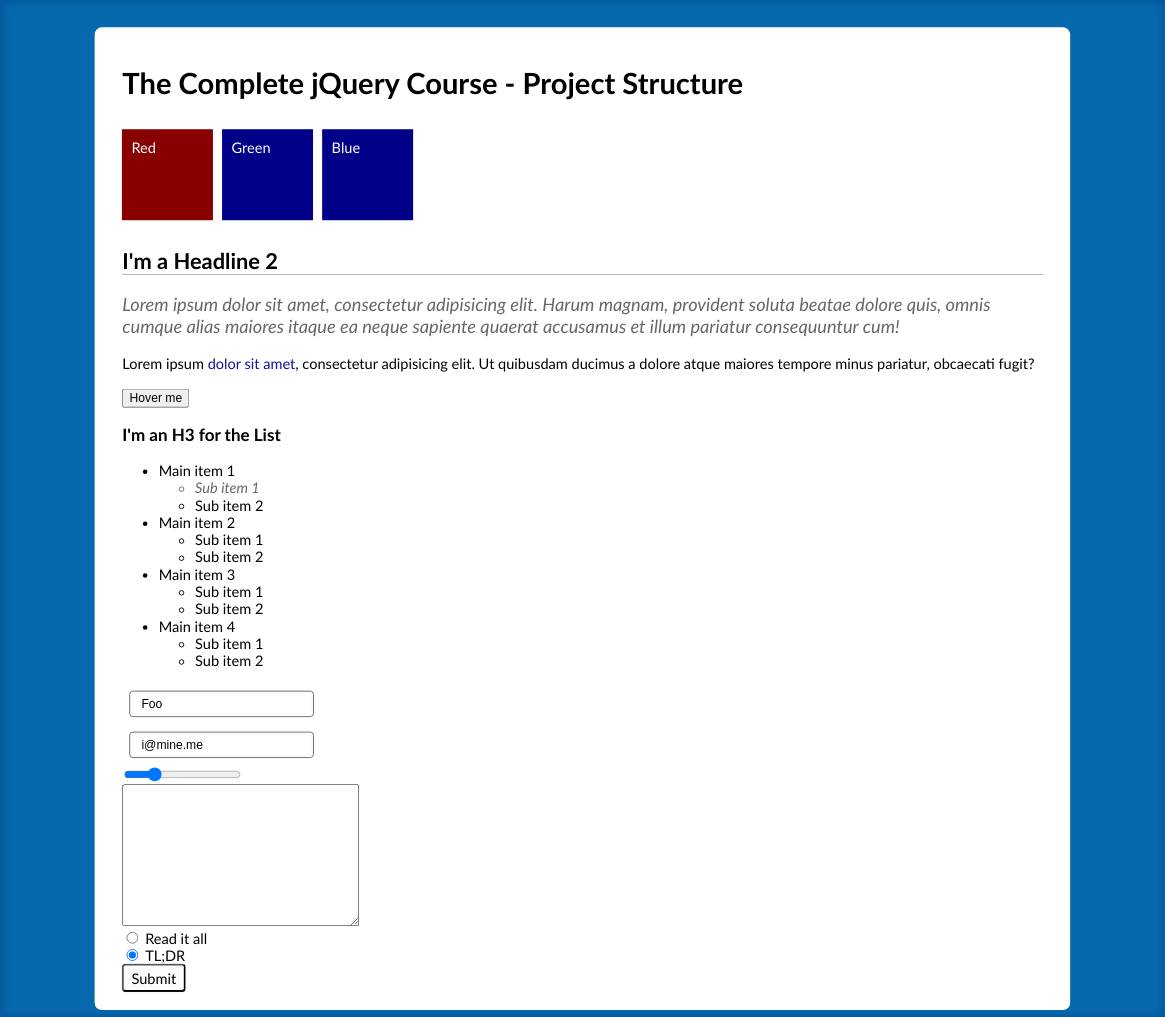
Repository: vpriyankaprabhu/Jquery-examples
Page: 06/hover/index.html
These files come from the project's save history. The page is drawn as it stood at one moment and after a run of saves; the edit follows.
The browser window is 1280 px wide. The pictures show the whole page, at 91% of full size.

Above is the page before, as saved 2024-12-30 15:24:33.

### 06/hover/index.html
<!DOCTYPE html>
<html lang="en">
<head>
  <meta charset="UTF-8">
  <script src="https://code.jquery.com/jquery-1.12.3.min.js" integrity="sha256-aaODHAgvwQW1bFOGXMeX+pC4PZIPsvn2h1sArYOhgXQ=" crossorigin="anonymous"></script>
  <script src="js/script.js"></script>
  <link rel="stylesheet" href="css/style.css">
  <title>The Complete jQuery Course - Course Code</title>
</head>
<body>
  <div id="content">
    <h1>The Complete jQuery Course - Project Structure</h1>

    <div class="red-box">Red</div>
    <div class="green-box">Green</div>
    <div class="blue-box">Blue</div>
    <div class="clear"></div>

    <h2>I'm a Headline 2</h2>
    <p>Lorem ipsum dolor sit amet, consectetur adipisicing elit. Harum magnam, provident soluta beatae dolore quis, omnis cumque alias maiores itaque ea neque sapiente quaerat accusamus et illum pariatur consequuntur cum!</p>
    <p>Lorem ipsum <a id="link" title="An amazing link" href="/url">dolor sit amet</a>, consectetur adipisicing elit. Ut quibusdam ducimus a dolore atque maiores tempore minus pariatur, obcaecati fugit?</p>

    <button id="button">Hover me</button>

    <h3>I'm an H3 for the List</h3>
    <!-- An unordered list with ID "list" -->
    <ul id="list">
      <li>Main item 1
        <ul>
          <li>Sub item 1</li>
          <li>Sub item 2</li>
        </ul></li>
      <li>Main item 2
        <ul>
          <li>Sub item 1</li>
          <li>Sub item 2</li>
        </ul></li>
      <li>Main item 3
        <ul>
          <li>Sub item 1</li>
          <li>Sub item 2</li>
        </ul></li>
      <li>Main item 4
        <ul>
          <li>Sub item 1</li>
          <li>Sub item 2</li>
        </ul></li>
    </ul>

    <!-- A form element without class or ID  -->
    <form action="">
      <input type="text" value="Foo"><br>
      <input type="email" value="i@mine.me"><br>
      <input type="range" min="1" max="10" value="3"><br>
      <textarea name="message" id="message" cols="30" rows="10"></textarea><br>
      <input type="radio" name="toc" value="read" id="read"> <label for="read">Read it all</label> <br>
      <input type="radio" name="toc" value="tldr" checked> <label for="tldr">TL;DR</label> <br>
      <input type="submit" value="Submit">
    </form>
</body>
</html>

### 06/hover/js/script.js
$(function () {

  // Additional CSS classes can be added to an element via addClass()

  // For instance, add the class .fancy-link to all anchor tags.
  // Note that you *do not* add a dot in front of the class name here.
  $("a").addClass("fancy-link");

  // You can also add multiple classes at once.
  $("p:first").addClass("large emphasize");

  // To attach a class based on the index of the element in your selected
  // set of elements, you can use a callback function.
  $("li li").addClass(function(index) {
    // This adds classes .item-0, .item-1, ... to the list's sub-items.
    $(this).addClass("item-" + index);
  });

  // You can even use two parameters for the callback function, the index
  // and the current class of the element.
  $("div").addClass(function(index, currentClasses) {
    console.log(currentClasses);  // String containing all classes

    // Add .red-box if the current classes contain "dummy"
    if (currentClasses.indexOf("dummy") !== -1) {
      return "red-box";
    }
  });

  // You can again chain these calls to switch one class for another.
  $(".green-box").removeClass("green-box").addClass("blue-box");

  // To quickly toggle one particular CSS class, use toggleClass().
  $("li li:first").toggleClass("emphasize");


  $(".dummy").removeClass("dummy").addClass("green-box")
  //$(".clear").removeClass("clear").addClass("red-box")
});

### 06/hover/css/style.css
.lightbox {
  position: absolute;
  top: 0;
  left: 0;
  display: none;
  width: 30%;
  height: 60%;
  padding: 15% 35% 25% 35%;
  color: #000000;
  background-color: rgba(200, 100, 0, 0.9);
  text-align: center;
  text-shadow: #333 0 1px 0; }

.red-box {
  float: left;
  width: 80px;
  height: 80px;
  margin: 10px 10px 10px 0;
  padding: 10px;
  color: #ffffff;
  background-color: #880000; }

.green-box {
  float: left;
  width: 80px;
  height: 80px;
  margin: 10px 10px 10px 0;
  padding: 10px;
  color: #ffffff;
  background-color: #008800; }

.blue-box {
  float: left;
  width: 80px;
  height: 80px;
  margin: 10px 10px 10px 0;
  padding: 10px;
  color: #ffffff;
  background-color: #000088; }

.large {
  font-size: 125%;
}

.emphasize {
  color: #666;
  font-style: italic;
}

fieldset {
  border-radius: 4px;
  -moz-border-radius: 4px;
  -webkit-border-radius: 4px; }

label {
  display: inline-block;
  min-width: 100px; }

input[type="text"], input[type="email"], input[type="password"], input[type="tel"] {
  margin: 8px;
  padding: 6px 12px;
  outline: none;
  border: 1px solid #666;
  border-radius: 4px;
  box-shadow: inset 0 0 3px 3px #fafafa; }

input[type="submit"] {
  font-family: "Trebuchet MS", Verdana, Arial, sans-serif;
  font-size: 16px;
  padding: 4px 8px;
  background-color: #fcfcfc;
  box-shadow: 0 0 1px 0 #aaa;
  -webkit-border-radius: 4px;
  -moz-border-radius: 4px;
  border-radius: 4px; }
  input[type="submit"]:hover {
    background-color: #f4f4f4;
    box-shadow: 0 0 1px 0 #ccc; }

html {
  min-height: 100%;
  background-color: #0769ad;
  box-shadow: 0 0 8px 4px #06599d inset; }

body {
  font-size: 16px;
  font-family: "Trebuchet MS", Verdana, Arial, sans-serif; }

.clear {
  clear: both; }

#content {
  overflow: auto;
  width: 80%;
  background-color: #fff;
  margin: 30px auto 0 auto;
  padding: 20px 30px;
  border-radius: 8px;
  -moz-border-radius: 8px;
  -webkit-border-radius: 8px; }

h1 {
  color: #000; }

h2 {
  border-bottom: 1px solid #aaa; }

#dashboard {
  position: absolute;
  width: 120px;
  height: 60%;
  left: -140px;
  top: 100px;
  padding: 20px;
  border-radius: 0 6px 6px 0;
  box-shadow: 0 0 3px 3px #f0f0f0;
  background-color: #999; }

.fancy-link {
  display: inline-block;
  text-decoration: none;
  color: #111199; }

.fancy-link:after {
  display: block;
  content: '';
  border-bottom: solid 1px #22a;
  transform: scaleX(0.0001);
  transition: transform 250ms ease-in-out; }

.fancy-link:hover:after {
  transform: scaleX(1); }

/*# sourceMappingURL=style.css.map */

After the next 3 saves:
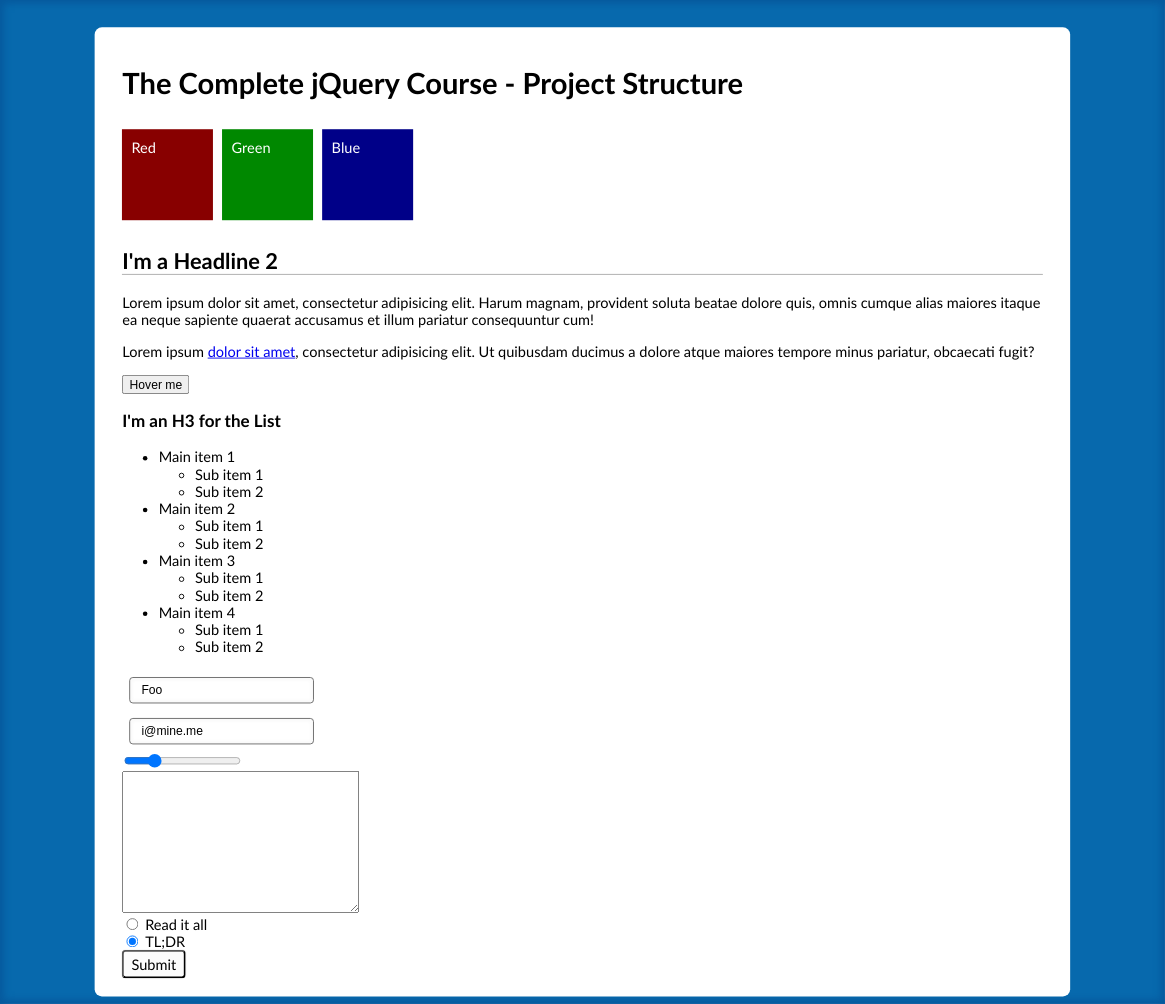
The 3 saves are shown as one change because they came seconds apart.
The last was saved 17 s later.
--- a/06/hover/js/script.js
+++ b/06/hover/js/script.js
@@ -1,39 +1,9 @@
 $(function () {
 
-  // Additional CSS classes can be added to an element via addClass()
-
-  // For instance, add the class .fancy-link to all anchor tags.
-  // Note that you *do not* add a dot in front of the class name here.
-  $("a").addClass("fancy-link");
-
-  // You can also add multiple classes at once.
-  $("p:first").addClass("large emphasize");
-
-  // To attach a class based on the index of the element in your selected
-  // set of elements, you can use a callback function.
-  $("li li").addClass(function(index) {
-    // This adds classes .item-0, .item-1, ... to the list's sub-items.
-    $(this).addClass("item-" + index);
-  });
-
-  // You can even use two parameters for the callback function, the index
-  // and the current class of the element.
-  $("div").addClass(function(index, currentClasses) {
-    console.log(currentClasses);  // String containing all classes
-
-    // Add .red-box if the current classes contain "dummy"
-    if (currentClasses.indexOf("dummy") !== -1) {
-      return "red-box";
-    }
-  });
-
-  // You can again chain these calls to switch one class for another.
-  $(".green-box").removeClass("green-box").addClass("blue-box");
-
-  // To quickly toggle one particular CSS class, use toggleClass().
-  $("li li:first").toggleClass("emphasize");
-
-
-  $(".dummy").removeClass("dummy").addClass("green-box")
-  //$(".clear").removeClass("clear").addClass("red-box")
-});
+  // Hover handlers are defined the same way as click handlers but using hover().
+  // Hover events fire as soon as the cursor enters *or* leaves the element.
+  $("#button").hover(function(event) {
+    console.log(event);
+    alert("You hovered me!");
+  })
+})
